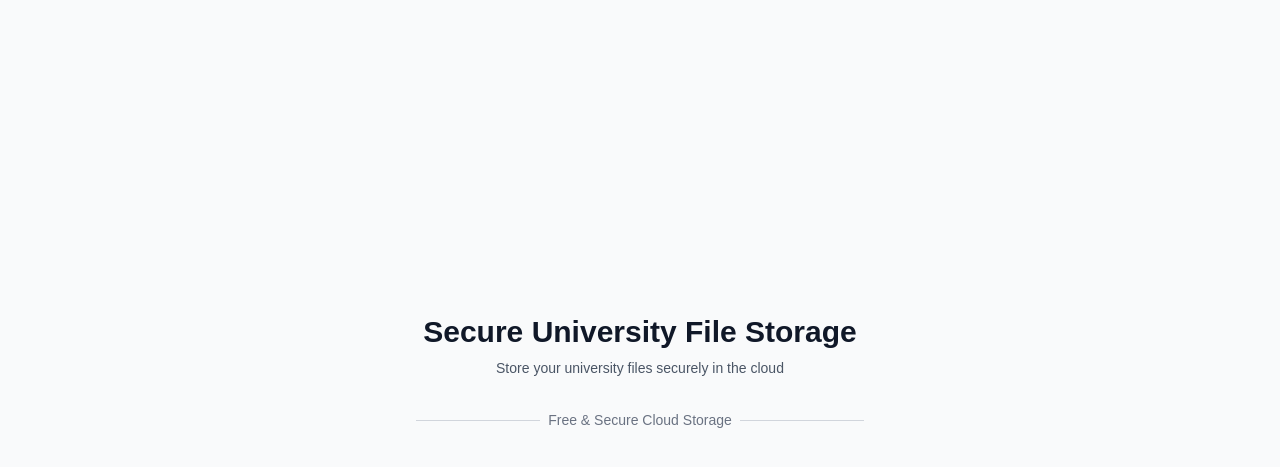
Repository: DiwanMalla/UniCloud
Page: /auth/signin
An editor plug-in stored every save of this project. The page is shown before and after the next save, followed by the edit.
The browser window is 1280 px wide. The pictures show the whole page.
The page's requests for data from a server got no answer. The project was rebuilt for these pictures with package versions that can differ from the ones it lists, and the page was loaded fresh each time. The framework's server and built-in components were replaced by stand-ins that run in the browser. No one was signed in, and anything a server would have sent is missing. Also part of the build but not shown: next.config.ts.

Above is the page before, as saved 2025-08-31 15:58:34.

### src/app/layout.tsx
import type { Metadata } from "next";
import { Geist, Geist_Mono } from "next/font/google";
import "./globals.css";
import { AuthProvider } from "@/components/AuthProvider";

const geistSans = Geist({
  variable: "--font-geist-sans",
  subsets: ["latin"],
});

const geistMono = Geist_Mono({
  variable: "--font-geist-mono",
  subsets: ["latin"],
});

export const metadata: Metadata = {
  title: "UniCloud - Secure University File Storage",
  description:
    "Secure, encrypted cloud storage platform for university students. Organize assignments, notes, and academic resources with subject-based folders and military-grade encryption.",
  keywords:
    "university, file storage, secure, encrypted, academic, assignments, cloud storage, student, education",
  authors: [{ name: "UniCloud Team" }],
  openGraph: {
    title: "UniCloud - Secure University File Storage",
    description:
      "Secure, encrypted cloud storage for university files and assignments",
    type: "website",
  },
  robots: "index, follow",
};

export default function RootLayout({
  children,
}: Readonly<{
  children: React.ReactNode;
}>) {
  return (
    <html lang="en">
      <body
        className={`${geistSans.variable} ${geistMono.variable} antialiased`}
      >
        <AuthProvider>{children}</AuthProvider>
      </body>
    </html>
  );
}

### src/app/auth/signin/page.tsx
"use client";

import { signIn, getProviders } from "next-auth/react";
import { useState, useEffect } from "react";
import { Github, Shield, X } from "lucide-react";

interface Provider {
  id: string;
  name: string;
  type: string;
  signinUrl: string;
  callbackUrl: string;
}

export default function SignIn() {
  const [providers, setProviders] = useState<Record<string, Provider> | null>(
    null
  );
  const [showDeveloperModal, setShowDeveloperModal] = useState(false);

  useEffect(() => {
    const setAuthProviders = async () => {
      const res = await getProviders();
      setProviders(res);
    };
    setAuthProviders();
  }, []);

  return (
    <div className="min-h-screen flex items-center justify-center bg-gray-50">
      <div className="max-w-md w-full space-y-8">
        <div>
          <h2 className="mt-6 text-center text-3xl font-extrabold text-gray-900">
            Secure University File Storage
          </h2>
          <p className="mt-2 text-center text-sm text-gray-600">
            Store your university files securely in the cloud
          </p>
        </div>
        <div className="mt-8 space-y-6">
          {providers &&
            Object.values(providers).map((provider: Provider) => (
              <div key={provider.name}>
                <button
                  onClick={() => signIn(provider.id, { callbackUrl: "/" })}
                  className="group relative w-full flex justify-center py-2 px-4 border border-transparent text-sm font-medium rounded-md text-white bg-gray-800 hover:bg-gray-700 focus:outline-none focus:ring-2 focus:ring-offset-2 focus:ring-gray-500"
                >
                  <Github className="w-5 h-5 mr-2" />
                  Sign in with {provider.name}
                </button>
              </div>
            ))}
        </div>
        <div className="mt-6">
          <div className="relative">
            <div className="absolute inset-0 flex items-center">
              <div className="w-full border-t border-gray-300" />
            </div>
            <div className="relative flex justify-center text-sm">
              <span className="px-2 bg-gray-50 text-gray-500">
                Free & Secure Cloud Storage
              </span>
            </div>
          </div>
        </div>
      </div>
    </div>
  );
}

Loaded but not shown: src/app/globals.css (common file); src/components/AuthProvider.tsx (common file)

After the next save:
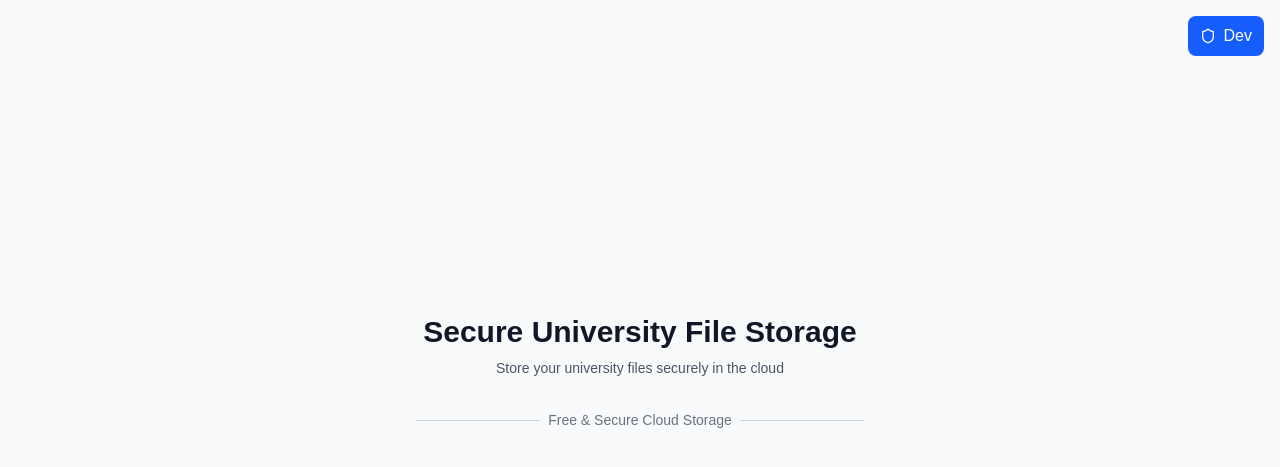
Saved 10 s later.
--- a/src/app/auth/signin/page.tsx
+++ b/src/app/auth/signin/page.tsx
@@ -28,6 +28,16 @@
 
   return (
     <div className="min-h-screen flex items-center justify-center bg-gray-50">
+      {/* Developer Button - Fixed Position */}
+      <button
+        onClick={() => setShowDeveloperModal(true)}
+        className="fixed top-4 right-4 bg-blue-600 hover:bg-blue-700 text-white px-3 py-2 rounded-lg transition-colors flex items-center gap-2 z-10"
+        title="Developer Info"
+      >
+        <Shield className="w-4 h-4" />
+        Dev
+      </button>
+
       <div className="max-w-md w-full space-y-8">
         <div>
           <h2 className="mt-6 text-center text-3xl font-extrabold text-gray-900">
